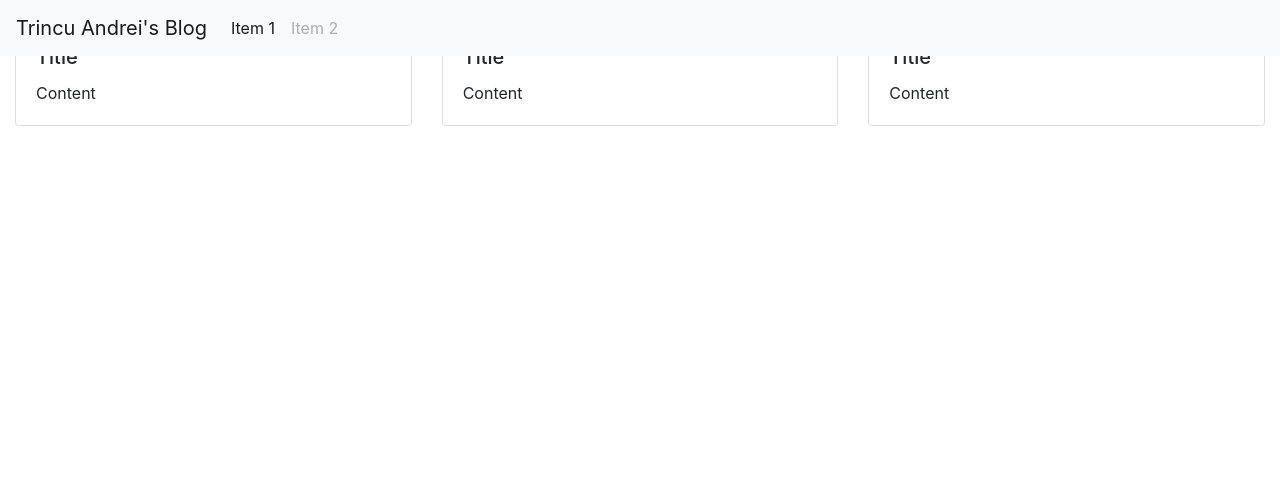
Repository: nicolasolo/bitesizecoding.space
Page: index.html
An editor plug-in stored every save of this project. The page is shown before and after the next save, followed by the edit.
The browser window is 1280 px wide. The pictures show the whole page.

Above is the page before, as saved 2020-04-09 17:03:00.

After the next save:
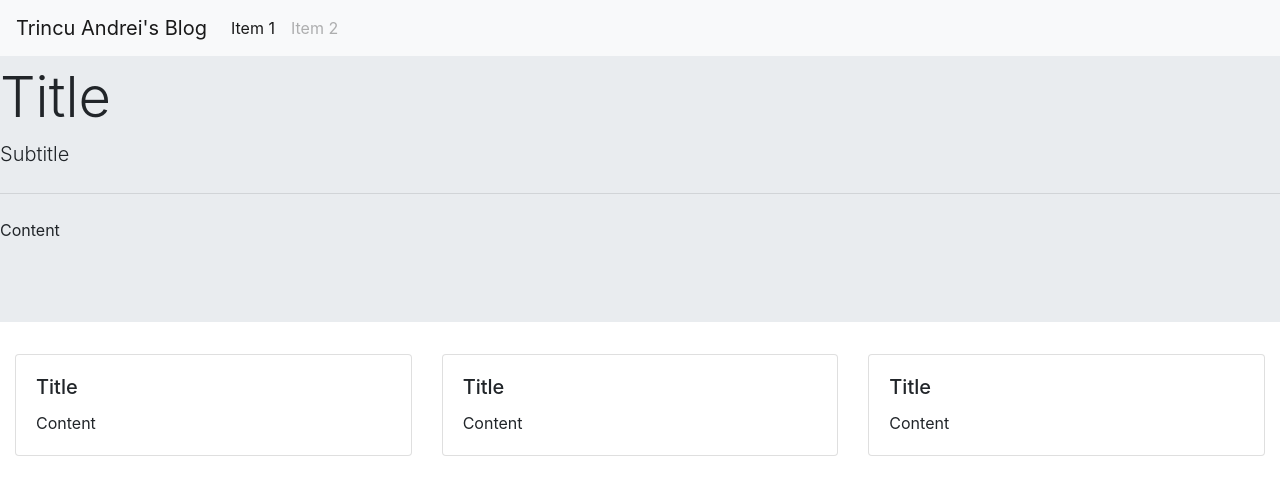
Saved 4 s later.
--- a/index.html
+++ b/index.html
@@ -30,7 +30,12 @@
 </header>
 <main>
     <div>
-        jumbo
+        <div class="jumbotron jumbotron-fluid">
+            <h1 class="display-4">Title</h1>
+            <p class="lead">Subtitle</p>
+            <hr class="my-4">
+            <p>Content</p>
+        </div>
     </div>
 <div class="container-fluid">
     <div class="row">
